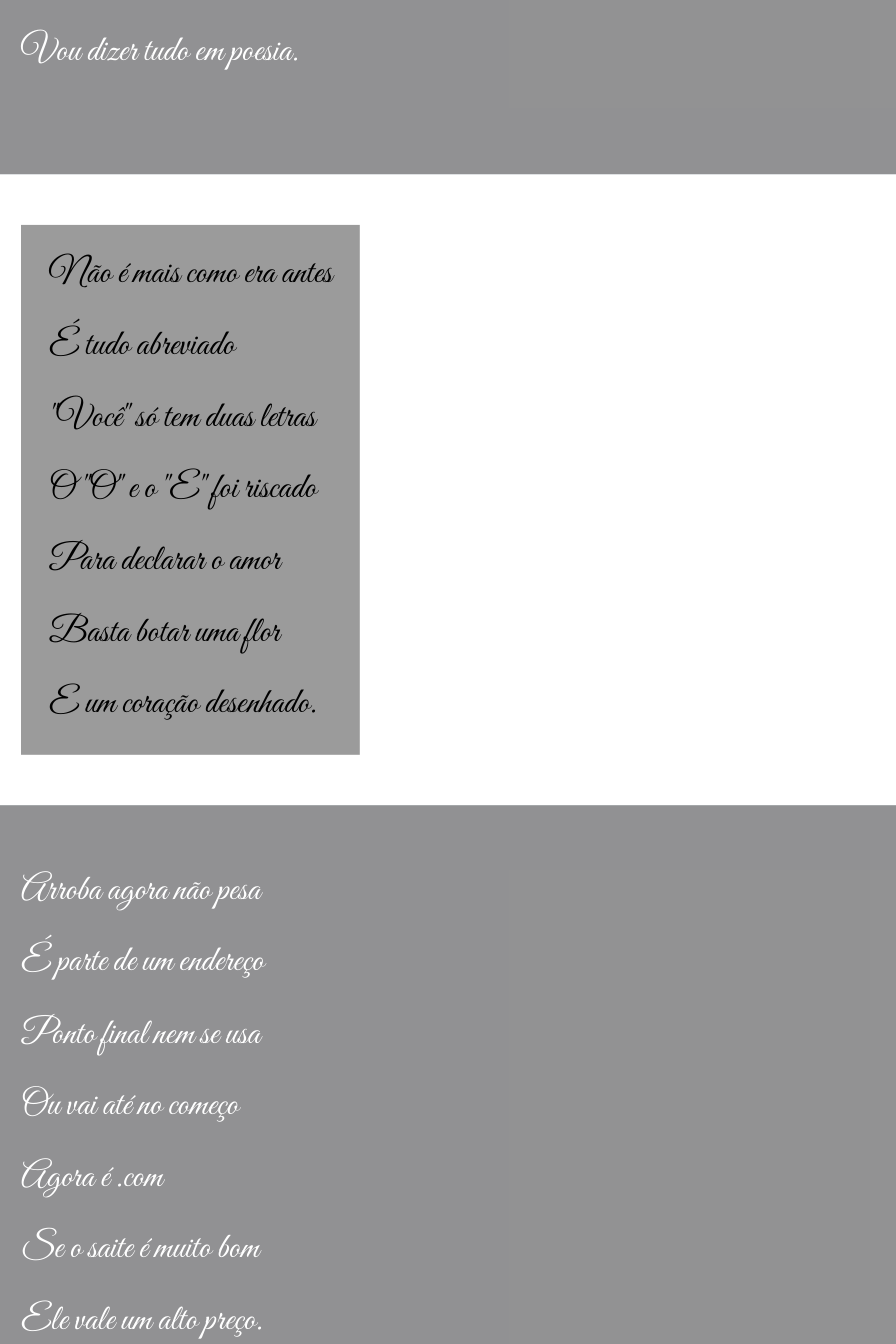
Repository: Lucianorodriguesdev/cursoHTML-CSS
Page: dasafios/index.html
The author's editor kept a copy of each file at every save. The page is drawn from the files as they stood at one save, then again after the next save.
The browser window is 1280 px wide. The pictures show the part of the page from y = 935 to 2855 px (the page is 6386 px tall before and 6642 px after), at 70% of full size.

Above is the page before, as saved 2026-06-17 10:23:53.

After the next save:
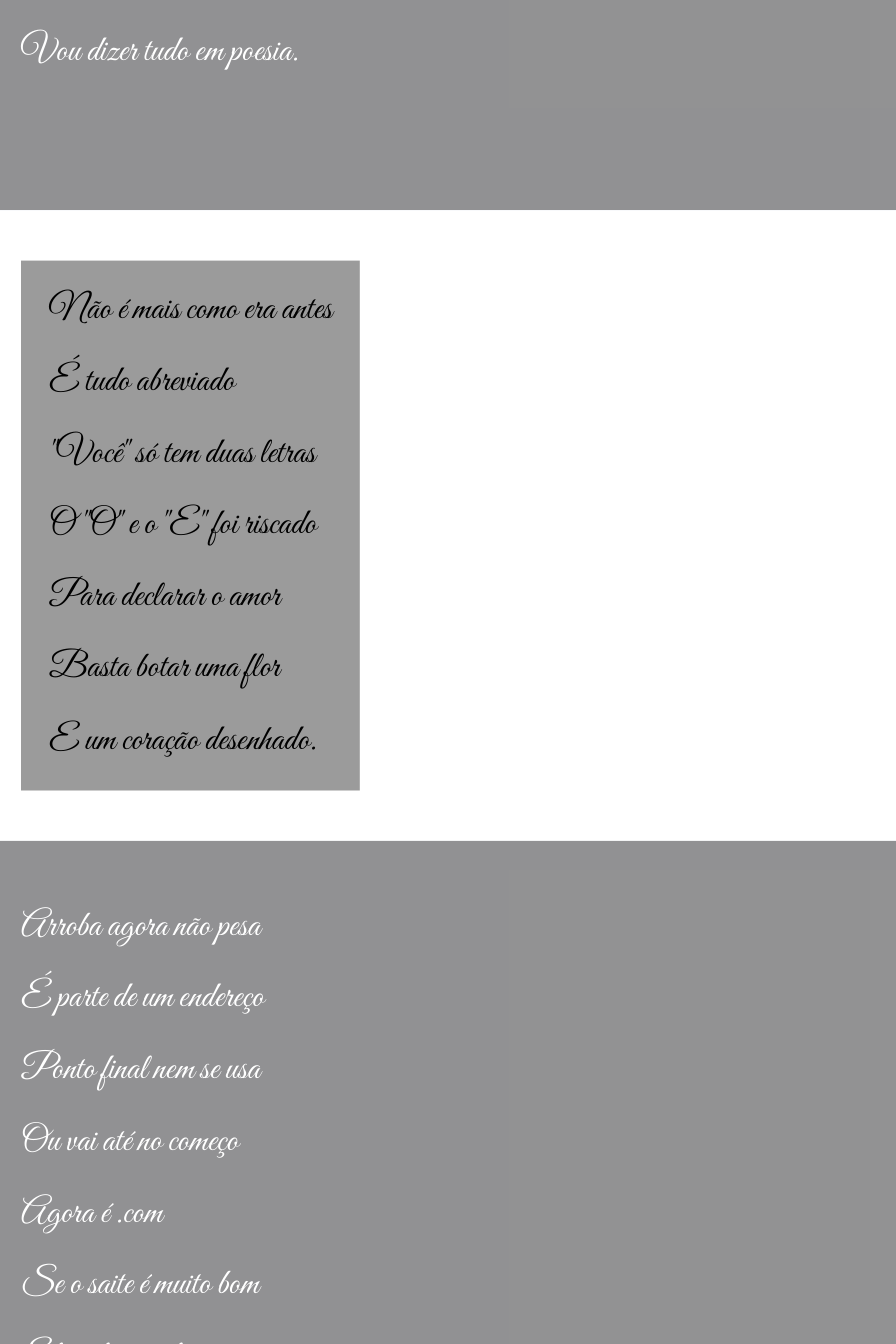
Saved 25 s later.
--- a/dasafios/estilo/style.css
+++ b/dasafios/estilo/style.css
@@ -42,7 +42,7 @@ section{
     font-size: 4vw;
 }
 section>p{
-    padding-bottom: 1em;
+    padding-bottom: 2em;
 }
 section.normal{
     background-color: rgba(123, 121, 121, 0.803);
